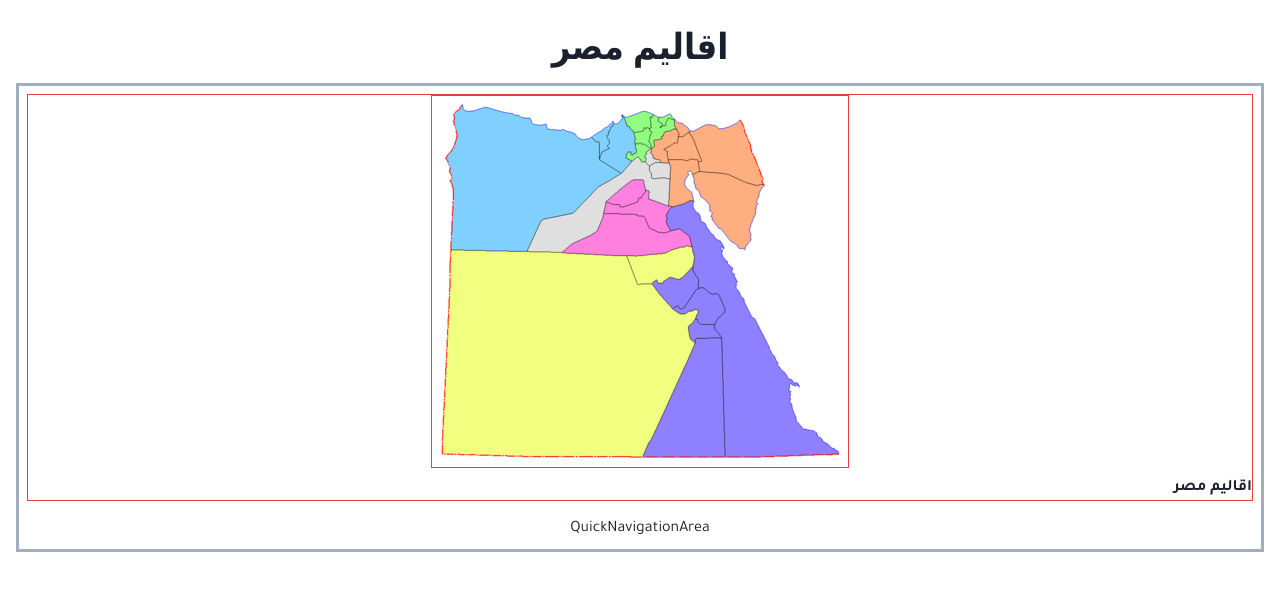
Repository: ahmed-mohamed-eng/egypt-gov-map
Page: /
The author's editor kept a copy of each file at every save. The page is drawn from the files as they stood at one save, then again after the next save.
The browser window is 1280 px wide. The pictures show the whole page.
Some web fonts or font styles are not loaded; a fallback is used. The project was rebuilt for these pictures with package versions that can differ from the ones it lists, and the page was loaded fresh each time. The framework's server and built-in components were replaced by stand-ins that run in the browser. Also part of the build but not shown: next.config.js.

Above is the page before, as saved 2022-05-28 14:14:52.

### pages/_app.tsx
import "../styles/globals.css";

import type { AppProps } from "next/app";

import { ChakraProvider, extendTheme } from "@chakra-ui/react";

const theme = extendTheme({
  fonts: {
    heading: `"Aref Ruqaa" ,'Segoe UI', Tahoma, Geneva, Verdana, sans-serif`,
  }
});

function MyApp({ Component, pageProps }: AppProps) {
  return (
    <ChakraProvider theme={theme}>
      <Component {...pageProps} />
    </ChakraProvider>
  );
}

export default MyApp;

### pages/_document.tsx
import Document, {
  Html,
  Head,
  Main,
  NextScript,
  DocumentContext,
} from "next/document";

class MyDocument extends Document {
  static async getInitialProps(ctx: DocumentContext) {
    const initialProps = await Document.getInitialProps(ctx);
    return { ...initialProps };
  }

  render() {
    return (
      <Html dir="rtl" lang="ar">
        <Head />
        <body>
          <Main />
          <NextScript />
        </body>
      </Html>
    );
  }
}

export default MyDocument;

### pages/index.tsx
import type { NextPage } from "next";

// Custom Components
import Header from "../components/Header";
import PageContainer from "../components/PageContainer";
import MainContentArea from "../components/MainContentArea";

const Home: NextPage = () => {
  return (
    <PageContainer>
      <Header headerTitle="اقاليم مصر" />
      <MainContentArea />
    </PageContainer>
  );
};

export default Home;

### styles/globals.css
@import url("https://fonts.googleapis.com/css2?family=Amiri:ital,wght@0,700;1,400;1,700&family=Aref+Ruqaa:wght@400;700&family=Tajawal:wght@300;400;500;700;800;900&display=swap");

@tailwind base;
@tailwind components;
@tailwind utilities;

html,
body {
  padding: 0;
  margin: 0;
  font-family: -apple-system, BlinkMacSystemFont, Segoe UI, Roboto, Oxygen,
    Ubuntu, Cantarell, Fira Sans, Droid Sans, Helvetica Neue, sans-serif;
}

a {
  color: inherit;
  text-decoration: none;
}

* {
  box-sizing: border-box;
  font-family: "Tajawal", "Aref Ruqaa", "Segoe UI", Tahoma, Geneva, Verdana,
    sans-serif;
}

### components/Header/index.tsx
export { Header as default } from "./Header";

### components/PageContainer/index.tsx
export { PageContainer as default } from "./PageContainer";

### components/MainContentArea/index.tsx
export { MainContentArea as default } from "./MainContentArea";

### components/Header/Header.tsx
import { Flex, Heading } from "@chakra-ui/react";

export interface HeaderProps {
  headerTitle: string;
}

export const Header = (props: HeaderProps) => {
  return (
    <Flex
      as="header"
      justifyContent="center"
      alignItems="center"
      fontSize="1.5rem"
      fontFamily="arabic"
    >
      <Heading as="h1">{props.headerTitle}</Heading>
    </Flex>
  );
};

### components/PageContainer/PageContainer.tsx
import { VStack } from "@chakra-ui/react"

export const PageContainer = (props: any) => {
  return (
    <VStack py="1.5rem" px="1rem" spacing="1rem">
        {props.children}
    </VStack>
  )
}

### components/MainContentArea/MainContentArea.tsx
import { VStack } from "@chakra-ui/react";

// Custom Components.
import MapArea from "./MapArea";
import QuickNavigationArea from "./QuickNavigationArea";

export const MainContentArea = () => {
  return (
    <VStack
      as="main"
      w="full"
      p="0.5rem"
      spacing="1rem"
      borderWidth="medium"
      borderColor="gray.400"
    >
      <MapArea />
      <QuickNavigationArea />
    </VStack>
  );
};

### components/MainContentArea/MapArea/index.tsx
export { MapArea as default } from "./MapArea";

### components/MainContentArea/QuickNavigationArea/index.tsx
export { QuickNavigationArea as default } from "./QuickNavigationArea";

### components/MainContentArea/MapArea/MapArea.tsx
import { VStack } from "@chakra-ui/react";

// Custom Components.
import MapImage from "./MapImage";
import MapInfoDisplayedLinks from "./MapInfoDisplayedLinks";

export const MapArea = () => {
  return (
    <VStack borderWidth="thin" borderColor="red.500" w="full" spacing="0.5rem">
      <MapImage />
      <MapInfoDisplayedLinks
        breadcrumbItems={[
          {
            text: "اقاليم مصر",
            url: "#",
          },
        ]}
      />
    </VStack>
  );
};

### components/MainContentArea/QuickNavigationArea/QuickNavigationArea.tsx
import React from "react";

export const QuickNavigationArea = () => {
  return <div>QuickNavigationArea</div>;
};

### components/MainContentArea/MapArea/MapImage/index.tsx
export { MapImage as default } from "./MapImage";

### components/MainContentArea/MapArea/MapInfoDisplayedLinks/index.tsx
export { MapInfoDisplayedLinks as default } from "./MapInfoDisplayedLinks";

### components/MainContentArea/MapArea/MapImage/MapImage.tsx
import React from "react";

import { Flex, Image } from "@chakra-ui/react";

// Images Sources.
import mapImage from "../../../../images/Egypt_Provinces.webp";

export const MapImage = () => {
  return (
    <Flex borderWidth="thin" borderColor="red.500" p="0.5rem">
      <Image mixBlendMode="multiply" src={mapImage.src} alt="Egypt Province Map" />
    </Flex>
  );
};

### components/MainContentArea/MapArea/MapInfoDisplayedLinks/MapInfoDisplayedLinks.tsx
import { v4 as uuidV4 } from "uuid";

import { Breadcrumb, BreadcrumbItem, BreadcrumbLink } from "@chakra-ui/react";

export type BreadcrumbElement = {
  url: string;
  text: string;
};

export interface MapInfoDisplayedLinksProps {
  breadcrumbItems: Array<BreadcrumbElement>;
}

export const MapInfoDisplayedLinks = (props: MapInfoDisplayedLinksProps) => {
  const breadcrumbItems = props.breadcrumbItems.map((item) => {
    return (
      <BreadcrumbItem key={uuidV4()}>
        <BreadcrumbLink fontWeight="600" href={item.url}>
          {item.text}
        </BreadcrumbLink>
      </BreadcrumbItem>
    );
  });

  return <Breadcrumb w="full">{breadcrumbItems}</Breadcrumb>;
};

Loaded but not shown: tailwind.config.js (common file)

After the next save:
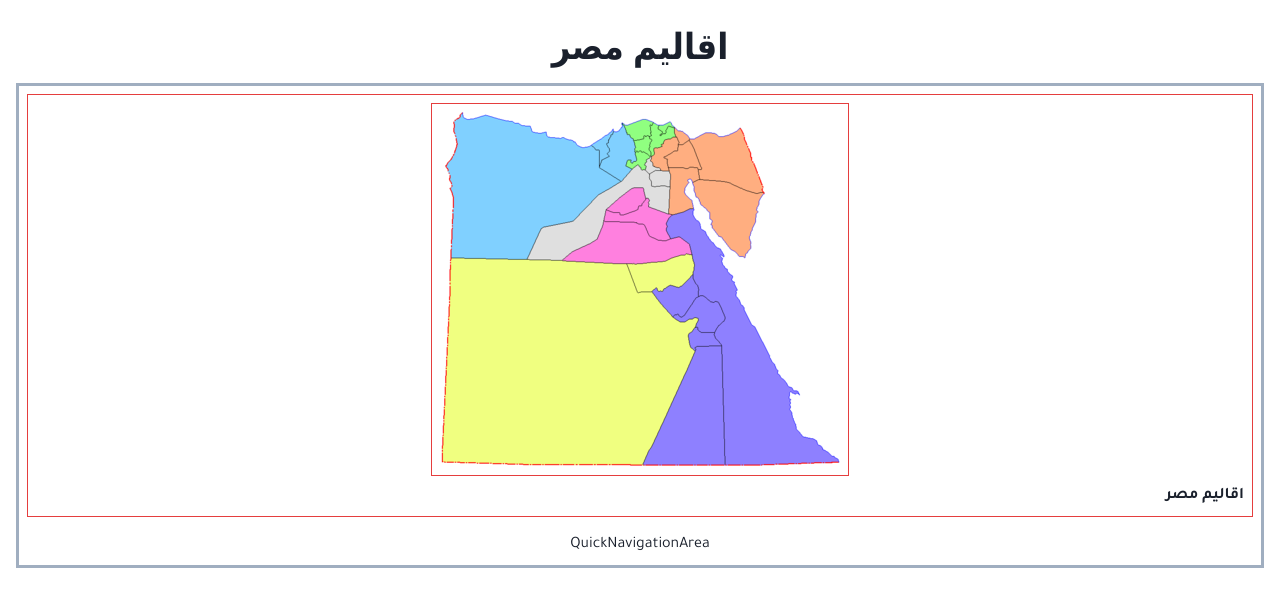
Saved 10 s later.
--- a/components/MainContentArea/MapArea/MapArea.tsx
+++ b/components/MainContentArea/MapArea/MapArea.tsx
@@ -6,7 +6,13 @@ import MapInfoDisplayedLinks from "./MapInfoDisplayedLinks";
 
 export const MapArea = () => {
   return (
-    <VStack borderWidth="thin" borderColor="red.500" w="full" spacing="0.5rem">
+    <VStack
+      borderWidth="thin"
+      borderColor="red.500"
+      p="0.5rem"
+      w="full"
+      spacing="0.5rem"
+    >
       <MapImage />
       <MapInfoDisplayedLinks
         breadcrumbItems={[
